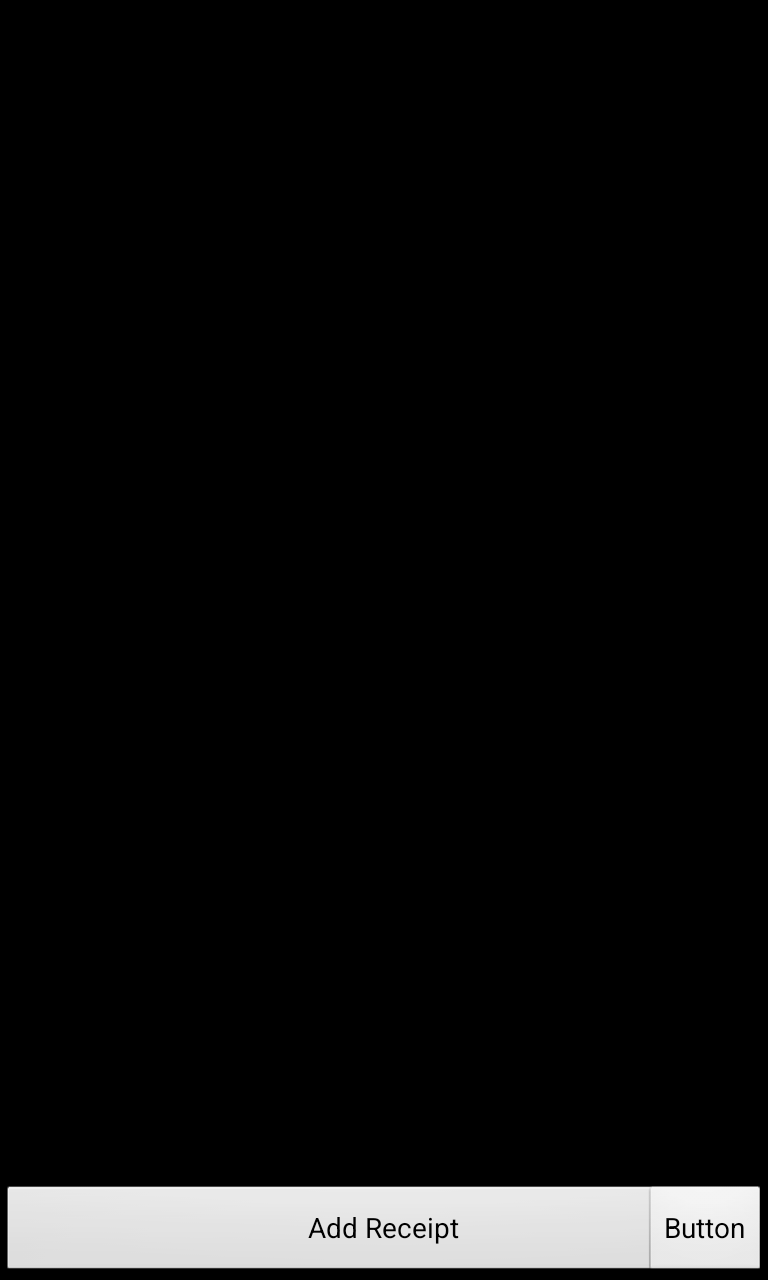
Repository: codingricky/android-expense-it
Layout: expenseit/res/layout/receipt.xml
These files come from the project's save history. The layout is drawn as it stood at one moment and after the next save; the edit follows.
It is drawn on a 768 x 1280 px phone screen (xhdpi) without system bars, with theme android:Theme; the app's code is not run. Lists and similar views that code fills are empty.

Above is the layout before, as saved 2012-04-29 00:21:26.

After the next save:
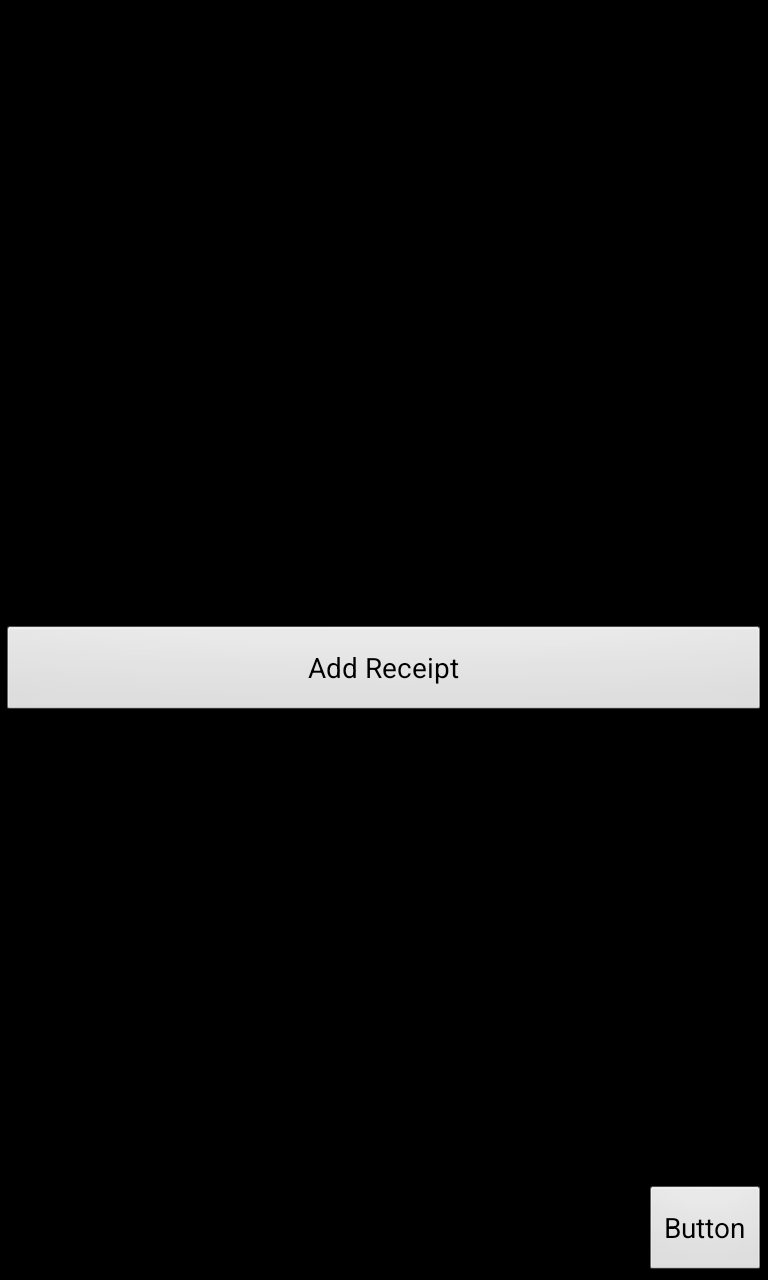
Saved 25 s later.
--- a/expenseit/res/layout/receipt.xml
+++ b/expenseit/res/layout/receipt.xml
@@ -15,9 +15,8 @@
         android:id="@+id/addReceiptButton"
         android:layout_width="match_parent"
         android:layout_height="wrap_content"
-        android:layout_alignParentBottom="true"
-        android:layout_alignParentLeft="true"
-        android:text="Add Receipt" />
+        android:text="Add Receipt"
+        android:layout_below="@+id/list"/>
 
     <Button
         android:id="@+id/button1"
